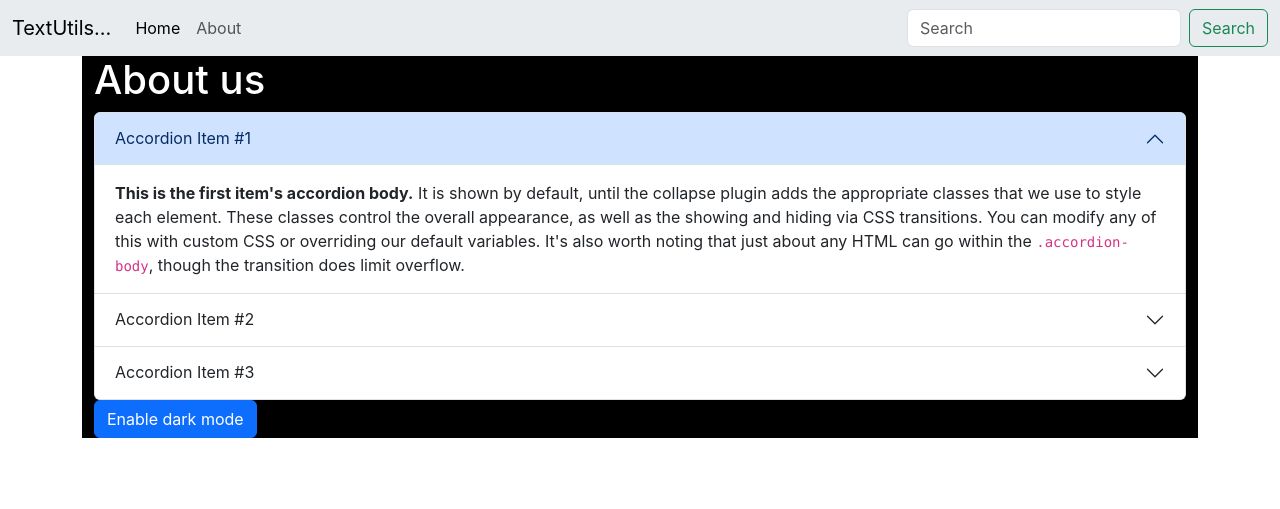
Repository: SujanNagaju/react-demo
Page: /
An editor plug-in stored every save of this project. The page is shown before and after the next save, followed by the edit.
The browser window is 1280 px wide. The pictures show the whole page.
The project was rebuilt for these pictures with package versions that can differ from the ones it lists, and the page was loaded fresh each time. Also part of the build but not shown: src/App.css, src/components/TextForm.js.

Above is the page before, as saved 2024-12-29 15:12:26.

### public/index.html
<!DOCTYPE html>
<html lang="en">
  <head>
    <meta charset="utf-8" />
    <link rel="icon" href="%PUBLIC_URL%/favicon.ico" />
    <meta name="viewport" content="width=device-width, initial-scale=1" />
    <meta name="theme-color" content="#000000" />
    <meta
      name="description"
      content="Web site created using create-react-app"
    />
    <link rel="apple-touch-icon" href="%PUBLIC_URL%/logo192.png" />
    <!--
      manifest.json provides metadata used when your web app is installed on a
      user's mobile device or desktop. See https://developers.google.com/web/fundamentals/web-app-manifest/
    -->
    <link rel="manifest" href="%PUBLIC_URL%/manifest.json" />
    <!--
      Notice the use of %PUBLIC_URL% in the tags above.
      It will be replaced with the URL of the `public` folder during the build.
      Only files inside the `public` folder can be referenced from the HTML.

      Unlike "/favicon.ico" or "favicon.ico", "%PUBLIC_URL%/favicon.ico" will
      work correctly both with client-side routing and a non-root public URL.
      Learn how to configure a non-root public URL by running `npm run build`.
    -->
    <link href="https://cdn.jsdelivr.net/npm/bootstrap@5.3.3/dist/css/bootstrap.min.css" rel="stylesheet" integrity="sha384-QWTKZyjpPEjISv5WaRU9OFeRpok6YctnYmDr5pNlyT2bRjXh0JMhjY6hW+ALEwIH" crossorigin="anonymous">
    <title>React App</title>
  </head>
  <body>
    <noscript>You need to enable JavaScript to run this app.</noscript>
    <div id="root"></div>
    <!--
      This HTML file is a template.
      If you open it directly in the browser, you will see an empty page.

      You can add webfonts, meta tags, or analytics to this file.
      The build step will place the bundled scripts into the <body> tag.

      To begin the development, run `npm start` or `yarn start`.
      To create a production bundle, use `npm run build` or `yarn build`.
    -->
    <script src="https://cdn.jsdelivr.net/npm/bootstrap@5.3.3/dist/js/bootstrap.bundle.min.js" integrity="sha384-YvpcrYf0tY3lHB60NNkmXc5s9fDVZLESaAA55NDzOxhy9GkcIdslK1eN7N6jIeHz" crossorigin="anonymous"></script>

  </body>
</html>

### src/App.js
// logo from './logo.svg';
import './App.css';
import About from './components/About';
import Navbar from './components/Navbar';
import TextForm from './components/TextForm';
function App() {
  return (
    <>

      {/* <Navbar title="TextUtils..." aboutText="About"/> */}
      <Navbar title="TextUtils..."/>
      <div className="container">
        {/* <TextForm heading="Enter your text to analyze"/> */}
        <About title="About us"/>
      </div>
    </>
  );
}

export default App;

### src/components/About.js
import React from 'react'

export default function About(props) {
    let myStyle = {
        color: 'white',
        backgroundColor: 'black',
    }

    return (
        <div className="container" style={myStyle}>
            <h1>{props.title}</h1>
            <div className="accordion" id="accordionExample">
                <div className="accordion-item">
                    <h2 className="accordion-header">
                    <button className="accordion-button" type="button" data-bs-toggle="collapse" data-bs-target="#collapseOne" aria-expanded="true" aria-controls="collapseOne">
                        Accordion Item #1
                    </button>
                    </h2>
                    <div id="collapseOne" className="accordion-collapse collapse show" data-bs-parent="#accordionExample">
                    <div className="accordion-body">
                        <strong>This is the first item's accordion body.</strong> It is shown by default, until the collapse plugin adds the appropriate classes that we use to style each element. These classes control the overall appearance, as well as the showing and hiding via CSS transitions. You can modify any of this with custom CSS or overriding our default variables. It's also worth noting that just about any HTML can go within the <code>.accordion-body</code>, though the transition does limit overflow.
                    </div>
                    </div>
                </div>
                <div className="accordion-item">
                    <h2 className="accordion-header">
                    <button className="accordion-button collapsed" type="button" data-bs-toggle="collapse" data-bs-target="#collapseTwo" aria-expanded="false" aria-controls="collapseTwo">
                        Accordion Item #2
                    </button>
                    </h2>
                    <div id="collapseTwo" className="accordion-collapse collapse" data-bs-parent="#accordionExample">
                    <div className="accordion-body">
                        <strong>This is the second item's accordion body.</strong> It is hidden by default, until the collapse plugin adds the appropriate classes that we use to style each element. These classes control the overall appearance, as well as the showing and hiding via CSS transitions. You can modify any of this with custom CSS or overriding our default variables. It's also worth noting that just about any HTML can go within the <code>.accordion-body</code>, though the transition does limit overflow.
                    </div>
                    </div>
                </div>
                <div className="accordion-item">
                    <h2 className="accordion-header">
                    <button className="accordion-button collapsed" type="button" data-bs-toggle="collapse" data-bs-target="#collapseThree" aria-expanded="false" aria-controls="collapseThree">
                        Accordion Item #3
                    </button>
                    </h2>
                    <div id="collapseThree" className="accordion-collapse collapse" data-bs-parent="#accordionExample">
                    <div className="accordion-body">
                        <strong>This is the third item's accordion body.</strong> It is hidden by default, until the collapse plugin adds the appropriate classes that we use to style each element. These classes control the overall appearance, as well as the showing and hiding via CSS transitions. You can modify any of this with custom CSS or overriding our default variables. It's also worth noting that just about any HTML can go within the <code>.accordion-body</code>, though the transition does limit overflow.
                    </div>
                    </div>
                </div>
            </div>


            <button type="button" className="btn btn-primary" my-3>Enable dark mode</button>
        </div>
    )
}

### src/components/Navbar.js
import React from 'react'
import PropTypes from 'prop-types';


export default function Navbar({title="TextUtils", aboutText="About"}) {
  return (
    <nav className="navbar navbar-expand-lg bg-body-secondary">
        <div className="container-fluid">
            <a className="navbar-brand" href="/">{title}</a>
            <button className="navbar-toggler" type="button" data-bs-toggle="collapse" data-bs-target="#navbarSupportedContent" aria-controls="navbarSupportedContent" aria-expanded="false" aria-label="Toggle navigation">
            <span className="navbar-toggler-icon"></span>
            </button>
            <div className="collapse navbar-collapse" id="navbarSupportedContent">
            <ul className="navbar-nav me-auto mb-2 mb-lg-0">
                <li className="nav-item">
                <a className="nav-link active" aria-current="page" href="/">Home</a>
                </li>
                <li className="nav-item">
                <a className="nav-link" href="/">{aboutText}</a>
                </li>

            </ul>
            <form className="d-flex" role="search">
                <input className="form-control me-2" type="search" placeholder="Search" aria-label="Search"/>
                <button className="btn btn-outline-success" type="submit">Search</button>
            </form>
            </div>
        </div>
    </nav>
  )
}


Navbar.propTypes = {
    title: PropTypes.string.isRequired,
    aboutText: PropTypes.string.isRequired
}

Loaded but not shown: src/index.js (common file); src/index.css (common file); src/reportWebVitals.js (common file)

After the next save:
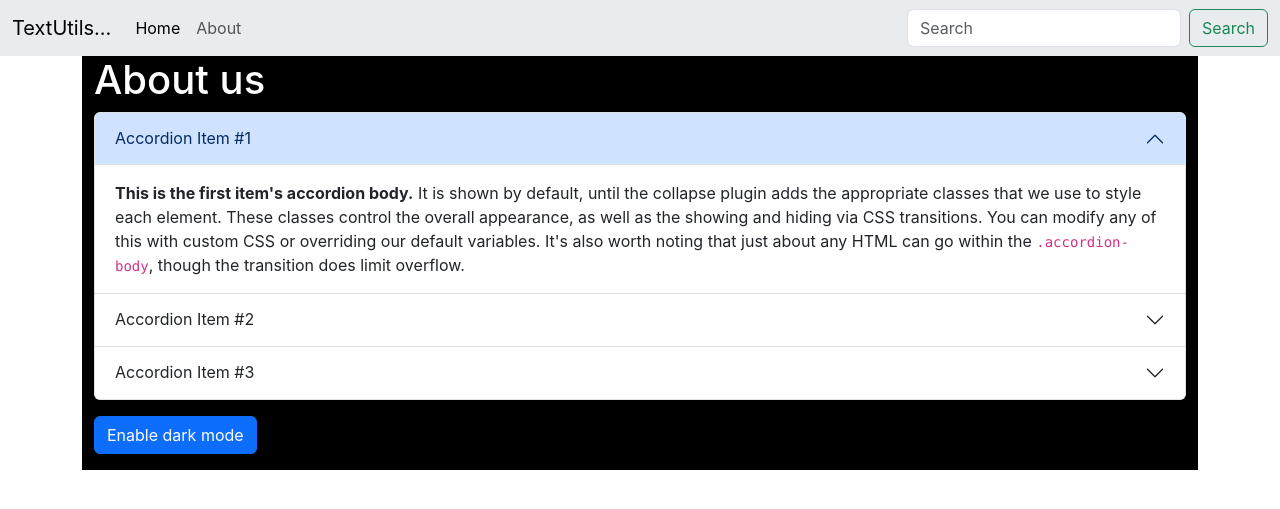
Saved 17 s later.
--- a/src/components/About.js
+++ b/src/components/About.js
@@ -49,7 +49,7 @@ export default function About(props) {
             </div>
 
 
-            <button type="button" className="btn btn-primary" my-3>Enable dark mode</button>
+            <button type="button" className="btn btn-primary my-3" >Enable dark mode</button>
         </div>
     )
 }
